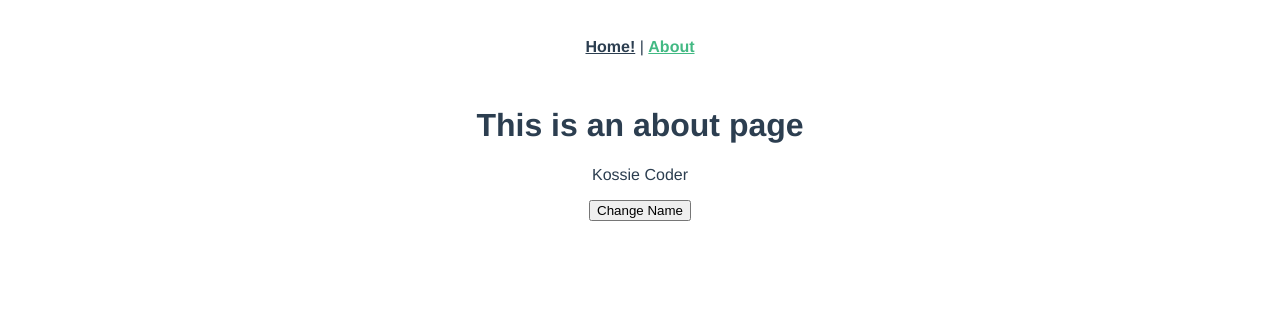
Repository: RyuGeunHwan/code_J
Page: /about (app in hello-word/)
These files come from the project's save history. The page is drawn as it stood at one moment and after the next save; the edit follows.
The browser window is 1280 px wide. The pictures show the whole page.
The project was rebuilt for these pictures with package versions that can differ from the ones it lists, and the page was loaded fresh each time. Also part of the build but not shown: hello-word/src/views/Home.vue.

Above is the page before, as saved 2022-08-10 17:24:24.

After the next save:
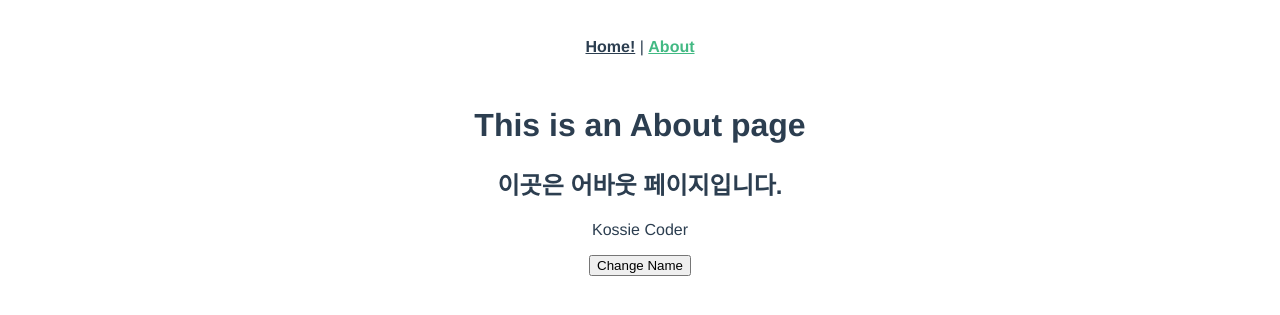
Saved 15 h 11 min later.
--- a/hello-word/src/views/About.vue
+++ b/hello-word/src/views/About.vue
@@ -1,6 +1,7 @@
 <template>
   <div class="about">
-    <h1>This is an about page</h1>
+    <h1>This is an About page</h1>
+    <h2>이곳은 어바웃 페이지입니다.</h2>
     <KossieCoder/>
   </div>
 </template>
